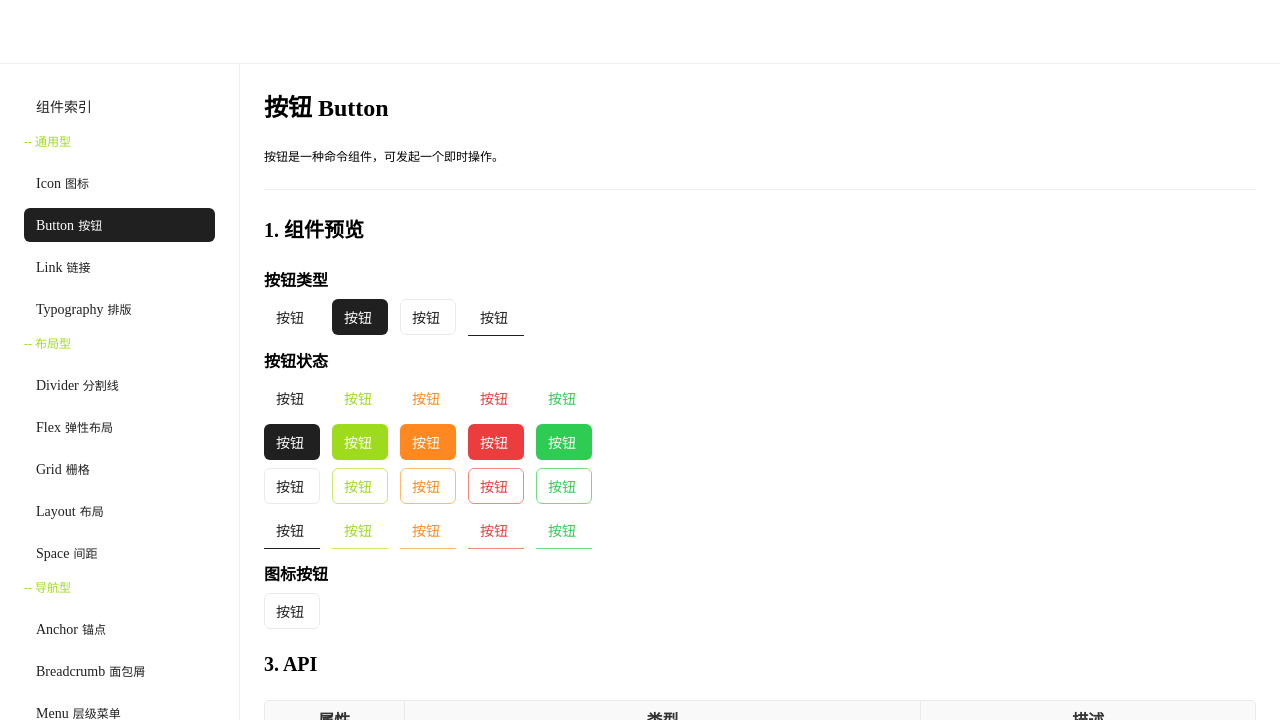
Repository: suminhan007/LandDesign
Page: /
These files come from the project's save history. The page is drawn as it stood at one moment and after the next save; the edit follows.
The browser window is 1280 px wide. The pictures show the whole page.
An inner scrolling area shows only its first screen. The project was rebuilt for these pictures with package versions that can differ from the ones it lists, and the page was loaded fresh each time. Also part of the build but not shown: vite.config.ts, packages/Pop.tsx, example/components/ComponentPreview.tsx, packages/Icon.tsx, example/components/IconExample.tsx.

Above is the page before, as saved 2024-03-17 19:05:51.

After the next save:
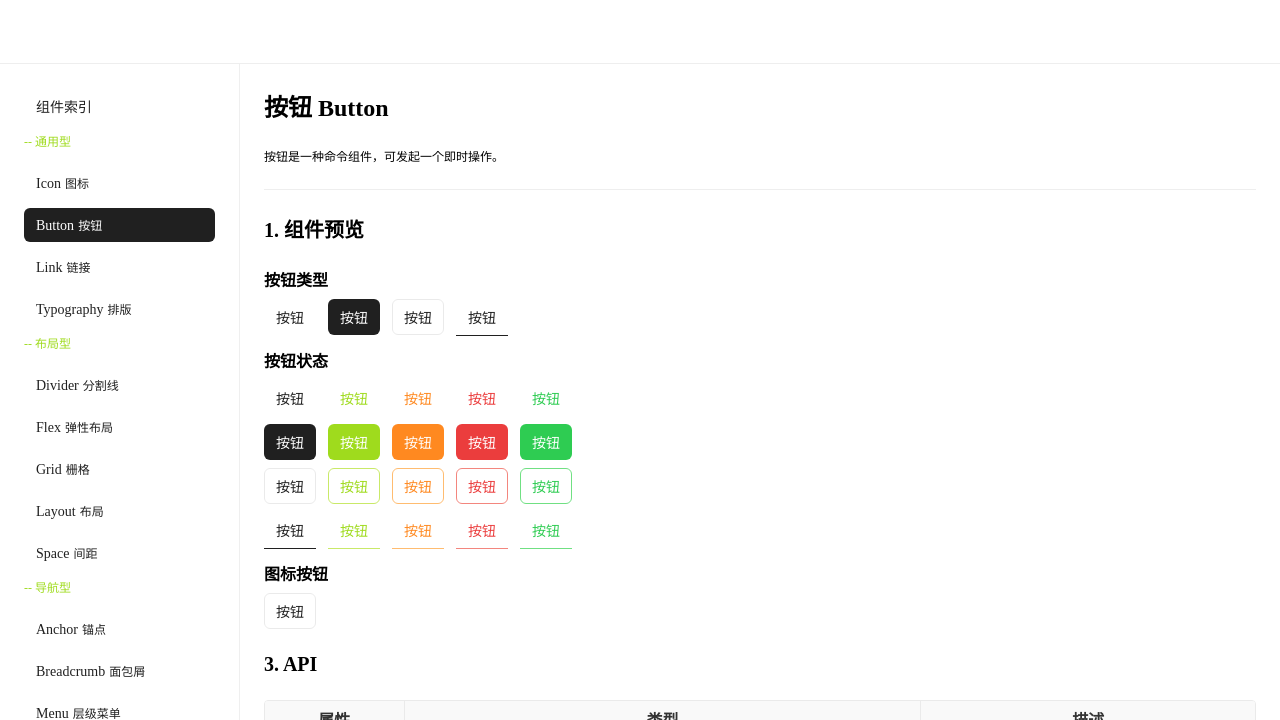
Saved 8 s later.
--- a/packages/Button.tsx
+++ b/packages/Button.tsx
@@ -90,7 +90,7 @@ const Button: React.FC<ButtonProps> = ({
           {/* {loading ? <IconLoading /> : icon} */}
           {!iconOnly && <div>
             <span>{text}</span>
-            <span className='subText'>{subText}</span>
+            {subText && <span className='subText'>{subText}</span>}
           </div>}
           {pop && <Pop content={pop} {...PopProps} />}
         </StyledButton>
